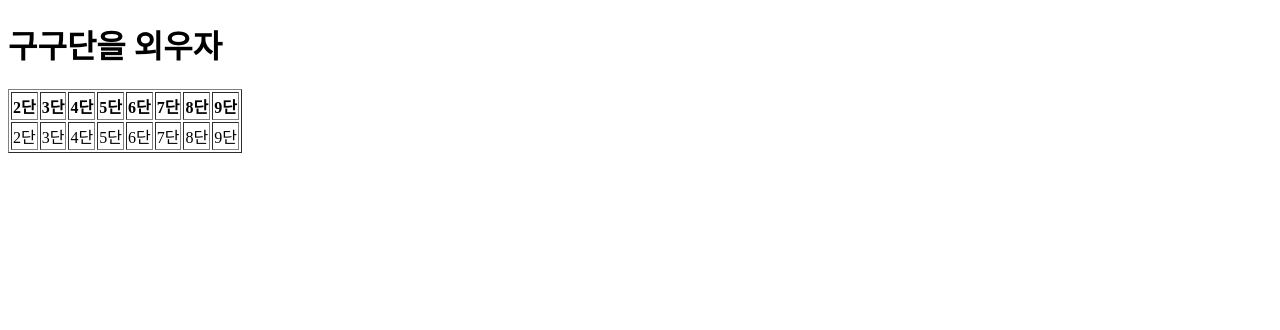
Repository: tmznf963/SIST-E-JSP
Page: http://localhost/1029/gugudan.jsp
An editor plug-in stored every save of this project. The page is shown before and after the next save, followed by the edit.
The browser window is 1280 px wide. The pictures show the whole page.
The page is served by Tomcat 9. Other server files are loaded and not shown.

Above is the page before, as saved 2018-10-29 03:38:15.

### 1029/WebContent/gugudan.jsp
<%@ page language="java" contentType="text/html; charset=UTF-8"
	pageEncoding="UTF-8"%>
<!DOCTYPE html>
<html>
<head>
<meta charset="UTF-8">
<title>뀨단</title>
</head>
<body>
<h1>구구단을 외우자</h1>
<table border="1">
	<thead>
	<tr>
	<%for(int i=2;i<10 ; i++){ %>
		<th><%=i %>단</th>
	<%} %>
	</tr>
	</thead>
	<tbody>
	<tr>
	<%for(int i=2;i<10 ; i++){ %>
		<td><%=i %>단</td>
	<%} %>
	</tr>
	</tbody>
</table>
</body>
</html>

After the next save:
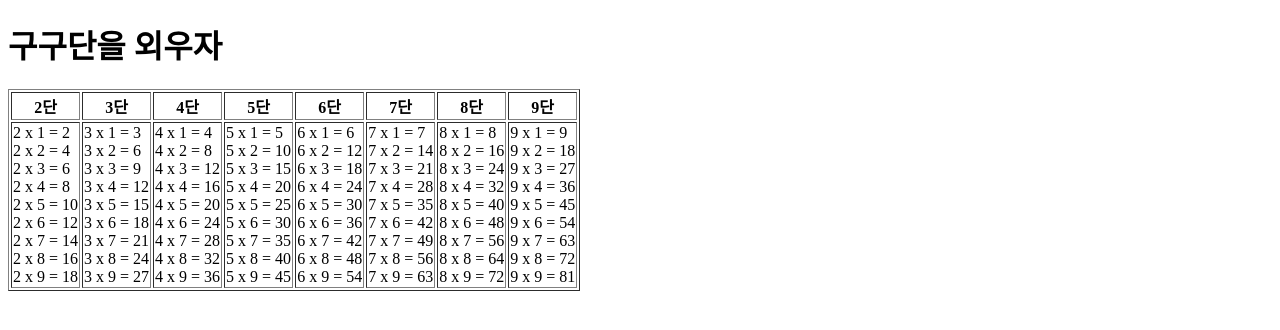
Saved 102 s later.
--- a/1029/WebContent/gugudan.jsp
+++ b/1029/WebContent/gugudan.jsp
@@ -19,7 +19,11 @@
 	<tbody>
 	<tr>
 	<%for(int i=2;i<10 ; i++){ %>
-		<td><%=i %>단</td>
+		<td>
+		<%for(int j = 1 ; j<10;j++){ %>
+			<%=i %> x <%=j %> = <%=i*j %> <br>
+		<%} %>
+		</td>
 	<%} %>
 	</tr>
 	</tbody>
